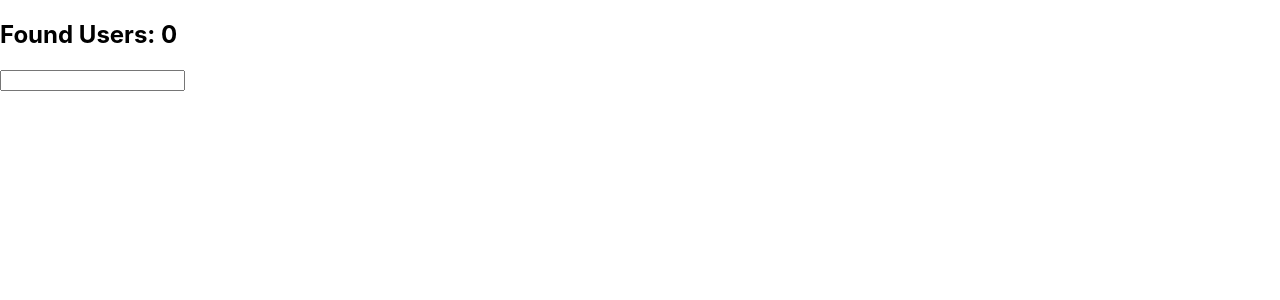
Repository: CoderStatn/NodeExpressFrontend
Page: /
The author's editor kept a copy of each file at every save. The page is drawn from the files as they stood at one save, then again after a run of saves.
The browser window is 1280 px wide. The pictures show the whole page.
The page's requests for data from a server got no answer. The project was rebuilt for these pictures with package versions that can differ from the ones it lists, and the page was loaded fresh each time. No one was signed in, and anything a server would have sent is missing. Also part of the build but not shown: src/App.css.

Above is the page before, as saved 2021-11-03 04:41:40.

After the next 10 saves:
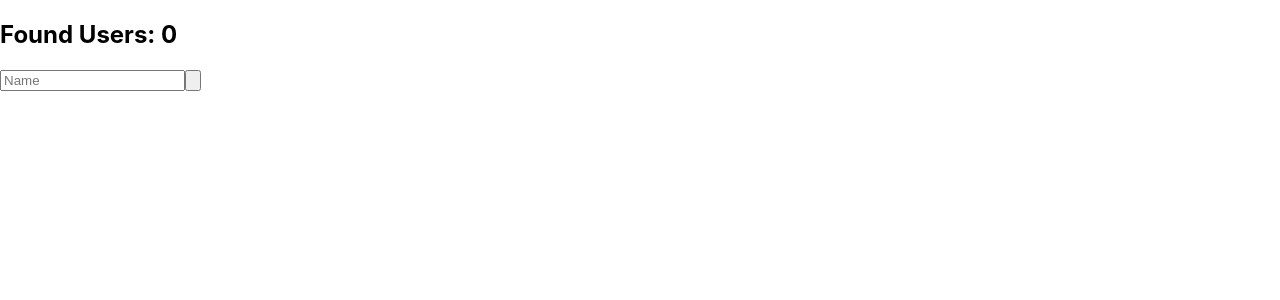
The 10 saves are shown as one change because they came seconds apart.
The last was saved 25 s later.
--- a/src/component/User/User.js
+++ b/src/component/User/User.js
@@ -12,7 +12,8 @@ const User = () => {
         <div>
             <h2>Found Users: {users.length}</h2>
             <form>
-                <input type="text" name="" id="" />
+                <input type="text" placeholder='Name' />
+                <input type="submit" value="" />
             </form>
             <ul>
                 {
